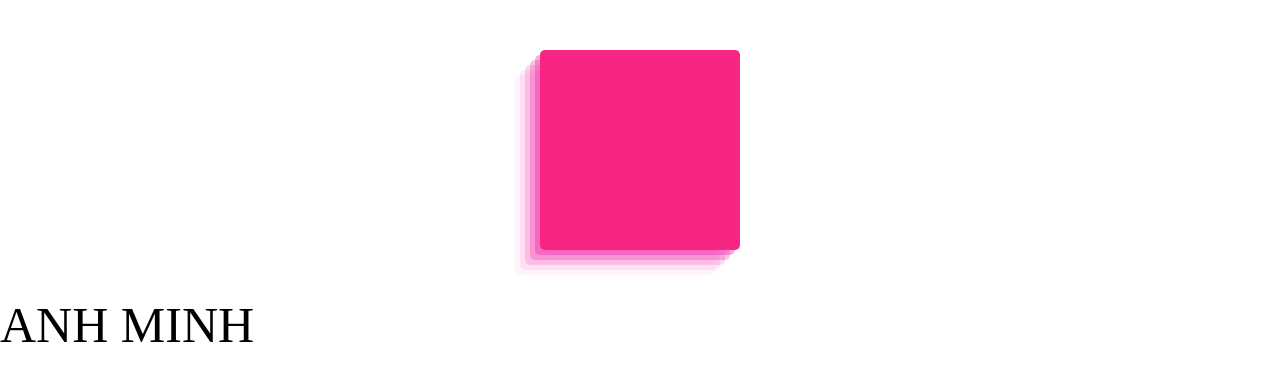
Repository: DQNam2202/HTML_CSS_Basic
Page: Chuong-03/index.html
These files come from the project's save history. The page is drawn as it stood at one moment and after the next save; the edit follows.
The browser window is 1280 px wide. The pictures show the whole page.

Above is the page before, as saved 2021-09-03 19:19:10.

### Chuong-03/index.html
<!DOCTYPE html>
<html lang="en">
  <head>
    <meta charset="UTF-8" />
    <meta http-equiv="X-UA-Compatible" content="IE=edge" />
    <meta name="viewport" content="width=device-width, initial-scale=1.0" />
    <title>CSS-Part2</title>
    <script
      type="module"
      src="https://unpkg.com/ionicons@5.5.2/dist/ionicons/ionicons.esm.js"
    ></script>
    <script
      nomodule
      src="https://unpkg.com/ionicons@5.5.2/dist/ionicons/ionicons.js"
    ></script>
    <link
      href="https://fonts.googleapis.com/css2?family=Poppins:wght@300;400;500;600;700&display=swap"
      rel="stylesheet"
    />
    <link rel="stylesheet" href="./reset.css" />
    <link rel="stylesheet" href="./style.css" />
  </head>
  <body>
    <!-- <img src="https://source.unsplash.com/random" alt="" class="images" /> -->
    <!-- <div class="box-gradient"></div> -->
    <!-- <div class="background"></div> -->
    <!-- <div class="box"></div> -->
    <!-- <div class="title">Dương Quốc Nam</div> -->
    <div class="box-shadow"></div>
    <div class="text-shadow">ANH MINH</div>
  </body>
</html>

### Chuong-03/style.css
html {
  box-sizing: border-box;
  font-size: 62.5%
}

* {
  margin: 0;
  padding: 0;
}

*,
*:before,
*:after {
  box-sizing: border-box;
}

input,
textarea,
select,
button {
  outline: none;
}

input {
  line-height: normal;
}

label,
button {
  cursor: pointer;
}

a {
  text-decoration: none;
}

img {
  display: block;
  max-width: 100%;
}

/* .images {
  width: 100%;
  height: 100vh;
  object-fit: cover;
} */

/* Hình nền với linear-gradient và chữ với linear-gradient */
/* .box-gradient {
  width: 20rem;
  height: 20rem;
  background-image: linear-gradient(to left top, #3D6EF7, #FF6651);
} */

.title {
  margin-top: 2rem;
  margin-left: 2rem;
  font-size: 7.2rem;
  font-weight: normal;
  display: inline-block;
  /* Khi trình duyệt không hỗ trợ thuộc tính  -webkit-background-clip: text;*/
  /* color: #3D6EF7; */
}


/* Khi trình duyệt hỗ trợ thuộc tính thì ta sử dụng @support */
@supports (-webkit-background-clip: text) {
  .title {
    color: transparent;
    background-clip: text;
    -webkit-background-clip: text;
    background-image: linear-gradient(90deg, rgba(131, 58, 180, 1) 0%, rgba(253, 29, 29, 1) 50%, rgba(252, 176, 69, 1) 100%);
  }
}

/* Khi trình duyệt không hỗ trợ thì thêm @support not và thay đổi thuộc tính mà mình muốn lại ở trên className gốc*/
/* @supports not (-webkit-background-clip: text) {
  .title {
    color: transparent;
    background-clip: text;
    -webkit-background-clip: text;
    background-image: linear-gradient(90deg, rgba(131, 58, 180, 1) 0%, rgba(253, 29, 29, 1) 50%, rgba(252, 176, 69, 1) 100%);
  }
} */

/* Hiển thị 2 hình nèn vởi linear-gradient */
.background {
  width: 100vw;
  height: 100vh;
  background-image: linear-gradient(to right, rgba(33, 147, 176, 0.5), rgba(109, 213, 237, 0.63)),
    url("./images/poster_1.jpg");
  background-position: center center;
  background-repeat: no-repeat;
  object-fit: cover;
  background-size: cover;
}

/* Opacity:0, visibility: hidden, display:none */
/*
  + Opacity có giá trị chạy từ 0 đến 1 -> vẫn chiếm diện tích có thế nhấn vào được
  +visibility: hidden ->vẫn chiếm diện tích nhưng không thể nhấn vào được
  =>Opacity và visibility: thường được sử dụng để làm hiệu ứng vì chùng sử dụng được transition
  + display: không chiếm diện tích và cũng không nhấn vào được, ít sử dụng vì không hỗ trợ thuộc tính transition
  */
/* .box {
  width: 20rem;
  height: 20rem;
  background-image: linear-gradient(to left top, #3D6EF7, #FF6651);
  cursor: pointer;
  opacity: 0;
  visibility: hidden;
  display: none;
} */
.box-shadow {
  width: 20rem;
  height: 20rem;
  margin: 5rem auto;
  background-color: #F62682;
  border-radius: 0.5rem;
  box-shadow: rgba(240, 46, 170, 0.4) -5px 5px,
    rgba(240, 46, 170, 0.3) -10px 10px,
    rgba(240, 46, 170, 0.2) -15px 15px,
    rgba(240, 46, 170, 0.1) -20px 20px,
    rgba(240, 46, 170, 0.05) -25px 25px;
}

.text-shadow {
  font-size: 5rem;
  color: #000;
  font-weight: normal;
  line-height: inherit;
}

Loaded but not shown: Chuong-03/reset.css (common file)

After the next save:
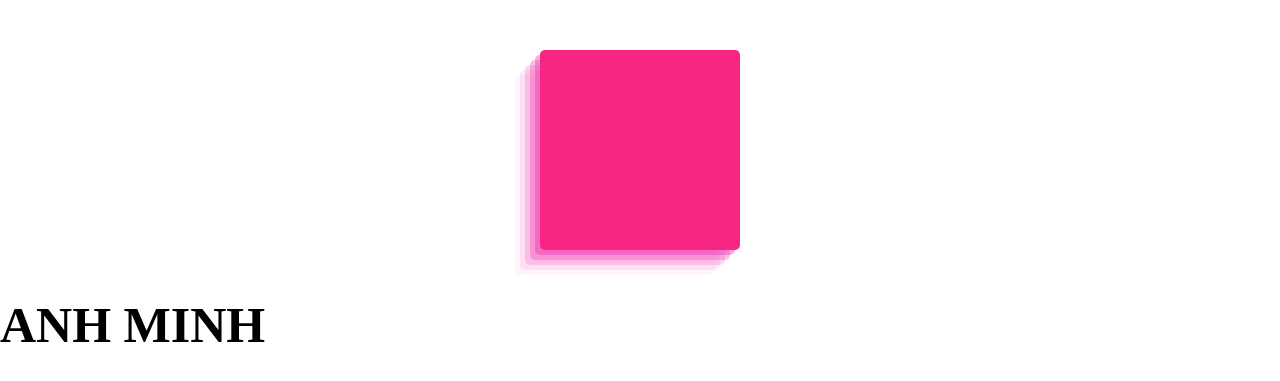
Saved 12 s later.
--- a/Chuong-03/style.css
+++ b/Chuong-03/style.css
@@ -127,6 +127,6 @@
 .text-shadow {
   font-size: 5rem;
   color: #000;
-  font-weight: normal;
+  font-weight: bold;
   line-height: inherit;
 }
